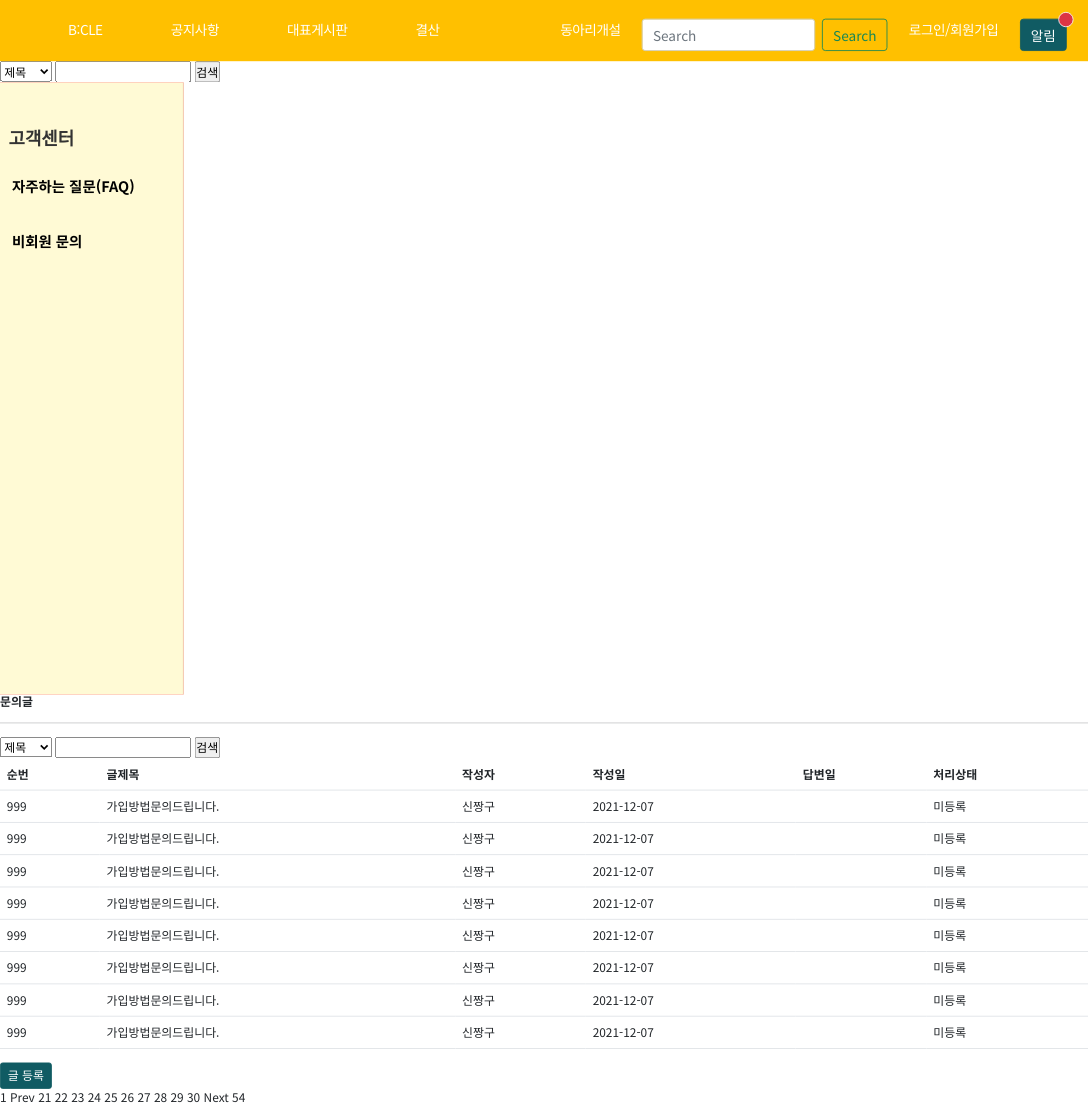
Repository: hyodii/FinalProject
Page: http://localhost/ViewPage/nonmemberQnaList.jsp
An editor plug-in stored every save of this project. The page is shown before and after the next save, followed by the edit.
The browser window is 1280 px wide. The pictures show the whole page, at 85% of full size.
Some web fonts or font styles are not loaded; a fallback is used. Some web libraries are served in a nearby version. The page is served by Tomcat 9.

Above is the page before, as saved 2021-12-14 08:12:20.

### ViewPage/WebContent/nonmemberQnaList.jsp
<%@ page contentType="text/html; charset=UTF-8"%>
<%@ taglib prefix="c" uri="http://java.sun.com/jsp/jstl/core"%>
<%
   request.setCharacterEncoding("UTF-8");
   String cp = request.getContextPath();
%>
<!DOCTYPE html>
<html>
<head>
<meta charset="UTF-8">
<title>footerNonmemberList.jsp</title>
</head>
<body>
<!--
	footerNonmemberList.jsp
	- 푸터 - 고객센터 - 비회원 문의
-->
<div id="wrap">
	<div>
		<!-- nav 영역 -->
		<c:import url="nav.jsp"></c:import>

		<!-- 게시판 이동 영역 -->


		<div id="search">
			<form action="" name="searchForm" method="post">
				<select name="searchKey" class="selectField">
					<option value="subject">제목</option>
					<option value="name">작성자</option>
				</select> <input type="text" name="searchValue" class="textField"> <input
						type="button" value="검색" class="btn2" onclick="sendIt()">
			</form>
		</div>



		<div class="merge">
		<!-- 사이드바 -->
		<div>
			<c:import url="sidebarQna.jsp"></c:import>
		</div>


		<!-- 콘텐츠 영역 -->
		<div id="content">
			<h1>문의글</h1>
			<hr>

			<div id="search">
				<form action="" name="searchForm" method="post">
					<select name="searchKey" class="selectField">
						<option value="subject">제목</option>
						<option value="name">작성자</option>
					</select> <input type="text" name="searchValue" class="textField">
					<input type="button" value="검색" class="btn2" onclick="sendIt()">
				</form>
			</div>

			<table id="questionList" class="table">
				<tr>
					<th>순번</th>
					<th>글제목</th>
					<th>작성자</th>
					<th>작성일</th>
					<th>답변일</th>
					<th>처리상태</th>
				</tr>

				<tr>
					<td>999</td>
					<td>가입방법문의드립니다.</td>
					<td>신짱구</td>
					<td>2021-12-07</td>
					<td></td>
					<td>미등록</td>
				</tr>


				<tr>
					<td>999</td>
					<td>가입방법문의드립니다.</td>
					<td>신짱구</td>
					<td>2021-12-07</td>
					<td></td>
					<td>미등록</td>
				</tr>

				<tr>
					<td>999</td>
					<td>가입방법문의드립니다.</td>
					<td>신짱구</td>
					<td>2021-12-07</td>
					<td></td>
					<td>미등록</td>
				</tr>

				<tr>
					<td>999</td>
					<td>가입방법문의드립니다.</td>
					<td>신짱구</td>
					<td>2021-12-07</td>
					<td></td>
					<td>미등록</td>
				</tr>

				<tr>
					<td>999</td>
					<td>가입방법문의드립니다.</td>
					<td>신짱구</td>
					<td>2021-12-07</td>
					<td></td>
					<td>미등록</td>
				</tr>
				<tr>
					<td>999</td>
					<td>가입방법문의드립니다.</td>
					<td>신짱구</td>
					<td>2021-12-07</td>
					<td></td>
					<td>미등록</td>
				</tr>
				<tr>
					<td>999</td>
					<td>가입방법문의드립니다.</td>
					<td>신짱구</td>
					<td>2021-12-07</td>
					<td></td>
					<td>미등록</td>
				</tr>
				<tr>
					<td>999</td>
					<td>가입방법문의드립니다.</td>
					<td>신짱구</td>
					<td>2021-12-07</td>
					<td></td>
					<td>미등록</td>
				</tr>
			</table>

			<div class="enroll">
				<button class="btn btn-primary btn-sm" type="button"
					id="insertBoard" onclick="location.href='boardinsertform.action'">글
					등록</button>
			</div>
			<div id="footer">
				<p>1 Prev 21 22 23 24 25 26 27 28 29 30 Next 54</p>

			</div>

		</div>


	</div>


	<!-- 푸터 영역 -->
	<!-- 푸터 적용하니까 css가 다 엉망이 되요.. -->




</div>

</body>
</html>

### ViewPage/WebContent/nav.jsp
<%@ page contentType="text/html; charset=UTF-8"%>
<%@ taglib prefix="c" uri="http://java.sun.com/jsp/jstl/core"%>
<%
	request.setCharacterEncoding("UTF-8");
String cp = request.getContextPath();
%>
<!DOCTYPE html>
<html lang="ko">
<head>
<meta charset="UTF-8">
<meta name="viewport" content="width=device-width, initial-scale=1">
<title>B:CLE</title>
<!-- <link rel="stylesheet" href="css/main.css"> -->
<link rel="stylesheet" href="css/font-awesome.min.css">
<link
	href="https://cdn.jsdelivr.net/npm/bootstrap@5.1.3/dist/css/bootstrap.min.css"
	rel="stylesheet"
	integrity="sha384-1BmE4kWBq78iYhFldvKuhfTAU6auU8tT94WrHftjDbrCEXSU1oBoqyl2QvZ6jIW3"
	crossorigin="anonymous">

<style>
@import
	url('https://fonts.googleapis.com/css?family=Exo+2|Noto+Sans+KR&display=swap')
	;
/*reset*/
* {
	margin: 0;
	padding: 0;
}
body {
	margin: 0;
}
h1, h2, h3, h4, h5, h6, p, ul, ol, li, dl, dt, dd {
	margin: 0;
	padding: 0;
}
h1, h2, h3, h4, h5, h6 {
	font-weight: 700;
	font-size: inherit;
}
a {
	color: inherit;
	text-decoration: inherit;
}
img {
	vertical-align: middle;
}
a img {
	border: none;
}
li {
	list-style: none;
}
address, em, i, ul {
	font-style: normal;
}
.mo {
	display: none;
}
body {
	font-family: 'Noto Sans KR', sans-serif;
	font-size: 14px;
}
header {
	font-family: 'Noto Sans KR', sans-serif;
	letter-spacing: -0.5px;
	background: rgb(255, 192, 0);
	color: white;
	height: 10vh;
	width: 100%;
	position: relative;
	margin-top: -20px;
}
.mainHeader {
	width: 100%;
	margin-top: 20px;
	box-sizing: border-box;
	vertical-align: center;
}
.mainHeader .gnbMo {
	display: none;
}
.mainHeader .gnb {
	float: left;
	margin-left: 80px;
	margin-top: 3vh;
}
.mainHeader .gnb li {
	float: left;
	margin-right: 80px;
}
.mainHeader .gnb li a {
	display: block;
	width: 100%;
	height: 100%;
	text-align: center;
	color: #fff;
	font-size: 16px;
	text-decoration-line: none;
}
.mainHeader .gnb li a:hover, .mainHeader .gnb li a:focus {
	color: #ff8342;
}
.mainHeader .tnb {
	float: right;
	margin-top: 3vh;
}
.mainHeader .tnb li {
	float: left;
	margin-right: 25px;
}
.mainHeader .tnb li a {
	display: block;
	width: 100%;
	height: 100%;
	text-align: center;
	font-size: 16px;
	color: #fff;
	text-decoration-line: none;
}
.mainHeader .tnb li:nth-child(1) a i, .mainHeader .tnb li:nth-child(2) a i
	{
	font-size: 20px;
	margin-right: 8px;
}
.mainHeader .tnb li:last-child a {
	display: block;
	width: 105px;
	line-height: 2;
	border: 1px solid #fff;
	border-radius: 30px;
	margin-top: 35px;
}
.mainHeader .tnb li:last-child a i {
	margin-left: 5px;
}
.mainHeader .tnb li:last-child a:hover {
	background: #fff;
	color: #ff8342;
	transition: all 0.3s;
}
.btn-primary {
    color: #fff;
    background-color: #105b63;
    border-color: #105b63;
}
</style>


</head>
<body>
	<!--header-->
	<header>
		<div class="mainHeader">
			<nav class="gnb">
				<ul>
					<li><a href="#">B:CLE</a></li>
					<li><a href="#">공지사항</a></li>
					<li><a href="#">대표게시판</a></li>
					<li><a href="#">결산</a></li>
				</ul>
			</nav>
			<nav class="tnb">
				<ul>

					<li><a href="#">동아리개설</a></li>

					<li>
						<form class="d-flex">
							<input class="form-control me-2" type="search"
								placeholder="Search" aria-label="Search">
							<button class="btn btn-outline-success" type="submit">Search</button>
						</form>
					</li>




					<li><a href="#"></i>로그인/회원가입</a></li>
					<li><button type="button"
							class="btn btn-primary position-relative">
							알림 <span
								class="position-absolute top-0 start-100 translate-middle p-2 bg-danger border border-light rounded-circle">
								<span class="visually-hidden">New alerts</span>
							</span>
						</button></li>
				</ul>
			</nav>
			<nav class="gnbMo">
				<a href="#"><i class="fa fa-bars" aria-hidden="true"></i></a>
			</nav>
		</div>
	</header>
</body>
</html>

<!-- 검색부분에 쓸 부트스트랩 -->
<!--       <form class="d-flex">
        <input class="form-control me-2" type="search" placeholder="Search" aria-label="Search">
        <button class="btn btn-outline-success" type="submit">Search</button>
      </form> -->

### ViewPage/WebContent/sidebarQna.jsp
<%@ page contentType="text/html; charset=UTF-8"%>
<%@ taglib prefix="c" uri="http://java.sun.com/jsp/jstl/core"%>
<%
   request.setCharacterEncoding("UTF-8");
   String cp = request.getContextPath();
%>
<!DOCTYPE html>
<html>
<head>
<meta charset="UTF-8">
<title>sidebarQna.jsp</title>
<link rel="stylesheet" href="https://use.fontawesome.com/releases/v5.14.0/css/all.css" integrity="sha384-HzLeBuhoNPvSl5KYnjx0BT+WB0QEEqLprO+NBkkk5gbc67FTaL7XIGa2w1L0Xbgc" crossorigin="anonymous"><style type="text/css">
*
{
	margin: 0;
	padding: 0;
}

/* 사이드 메뉴 */
.left_menu
{
    /* position: fixed; */
    width: 30vh;
    height: 100vh;
    z-index: 10;
  	background: #FFFAD5;
    border-right: 1px solid rgba(0, 0, 0, 0.07);
    bottom: 50px;
    height: 100%;
    margin-top: 0px;
    padding-bottom: 0px;
    /* box-shadow: 0 0px 24px 0 rgb(0 0 0 / 6%), 0 1px 0px 0 rgb(0 0 0 / 2%); */
    color: white;
    overflow:hidden;
}

.sub_menu
{
    margin-top: 50px;
}

.left_menu>.sub_menu li:hover
{
    color: ff5858;
    background-color: #e1e1e1;
}

.left_menu>.sub_menu li
{
    color: black;
    font-size: 17px;
    font-weight: 600;
    padding: 20px 0px 8px 14px;
}

.sub_menu>h2
{
    padding-bottom: 4px;
    margin-top: 30px;
    font-size: 21px;
    font-weight: 600;
    color: #333;
    margin-left: 10px;
    margin-right: 10px;
    font-family: 'NotoKrB';
    line-height: 35px;
}

.sub_menu .fas
{
    color: #ff5858;
    font-size: 20px;
    line-height: 20px;
    float: right;
    margin-right: 20px;
}

.sub_menu>.big_menu>.small_menu li
{
    color: #797979;
    font-size: 14px;
    font-weight: 600;
    margin-left: 14px;
    padding-top: 8px;
}

.big_menu
{
    cursor: pointer;
}

ul
{
    padding-inline-start: 0px;
}

a
{
    color: #797979;
    text-decoration: none;
    background-color: transparent;
}

ul
{
    list-style: none;
}

ol,
ul
{
    margin-top: 0;
    margin-bottom: 10px;
}

.has_sub
{
    width: 100%;
}

.hide_sidemenu
{
    display: none;
}

.background
{
	background-color: #ff5858;
	width: 30vh;
	height:100vh;

}
</style>
<script type="text/javascript" src="http://code.jquery.com/jquery.min.js"></script>
<script type="text/javascript">
    $(function () {
        /* $(".left_sub_menu").hide(); */
        $(".has_sub").click(function () {
            $(".left_sub_menu").fadeToggle(300);
        });
        // 왼쪽메뉴 드롭다운
        $(".sub_menu ul.small_menu").hide();
        $(".sub_menu ul.big_menu").click(function () {
            $("ul", this).slideToggle(300);
        });

        /*
        // 외부 클릭 시 좌측 사이드 메뉴 숨기기
        $('.overlay').on('click', function () {
            $('.left_sub_menu').fadeOut();
            $('.hide_sidemenu').fadeIn();
        });
         */
    });
</script>
</head>
<body>
<div id="wrapper">
	    <!-- 왼쪽 서브 메뉴 -->
	    <div class="background">
	    <div class="left_menu">
	        <div class="sub_menu">
	            <h2>고객센터</h2>
	            <ul class="big_menu">
	                <li>자주하는 질문(FAQ)</li>
	            </ul>
	            <ul class="big_menu">
	                <li>비회원 문의</li>
	            </ul>

	        </div>
	    </div>
	    </div>
</div>

</body>
</html>

After the next save:
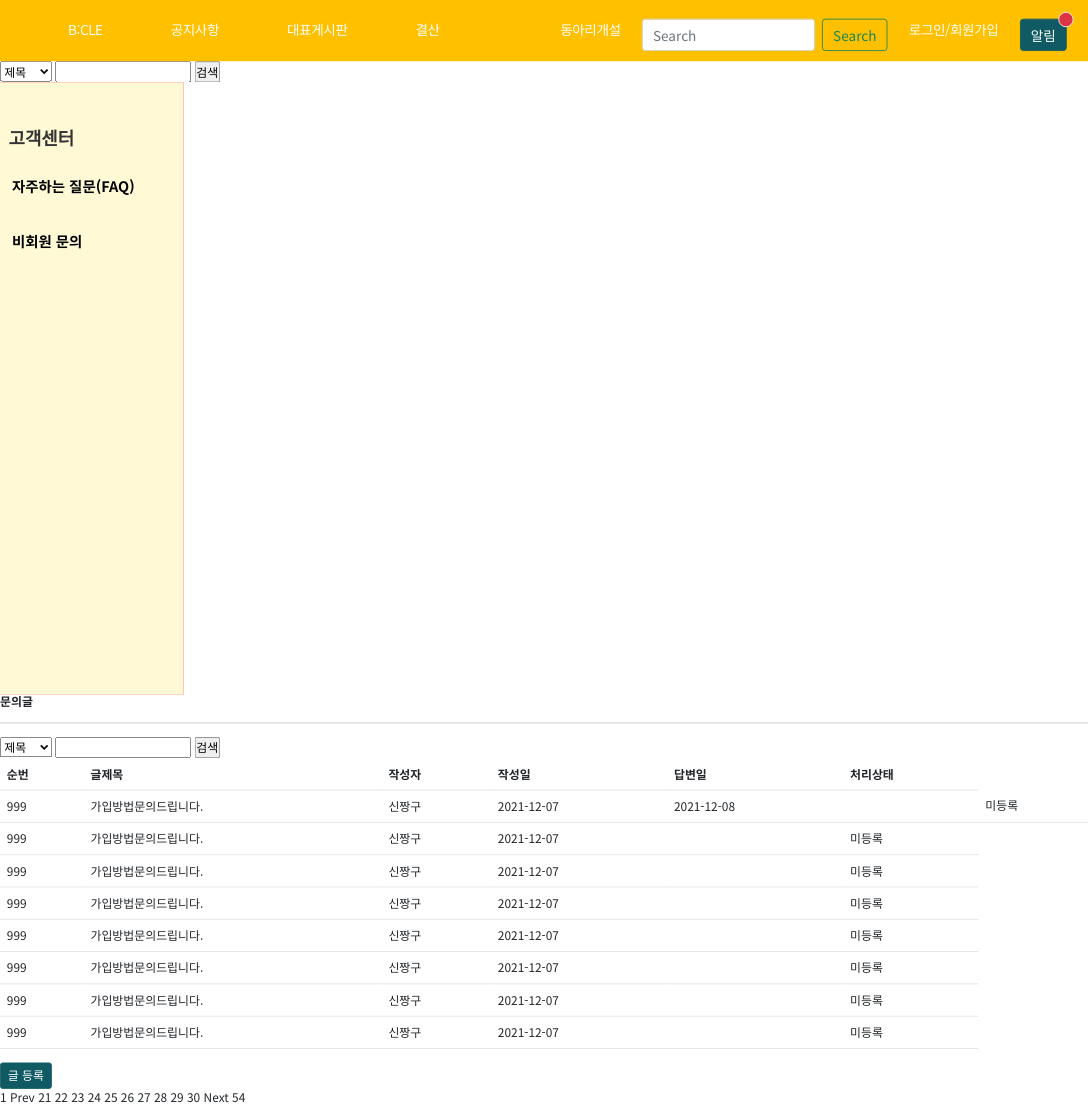
Saved 24 s later.
--- a/ViewPage/WebContent/nonmemberQnaList.jsp
+++ b/ViewPage/WebContent/nonmemberQnaList.jsp
@@ -72,6 +72,7 @@
 					<td>가입방법문의드립니다.</td>
 					<td>신짱구</td>
 					<td>2021-12-07</td>
+					<td>2021-12-08</td>
 					<td></td>
 					<td>미등록</td>
 				</tr>
